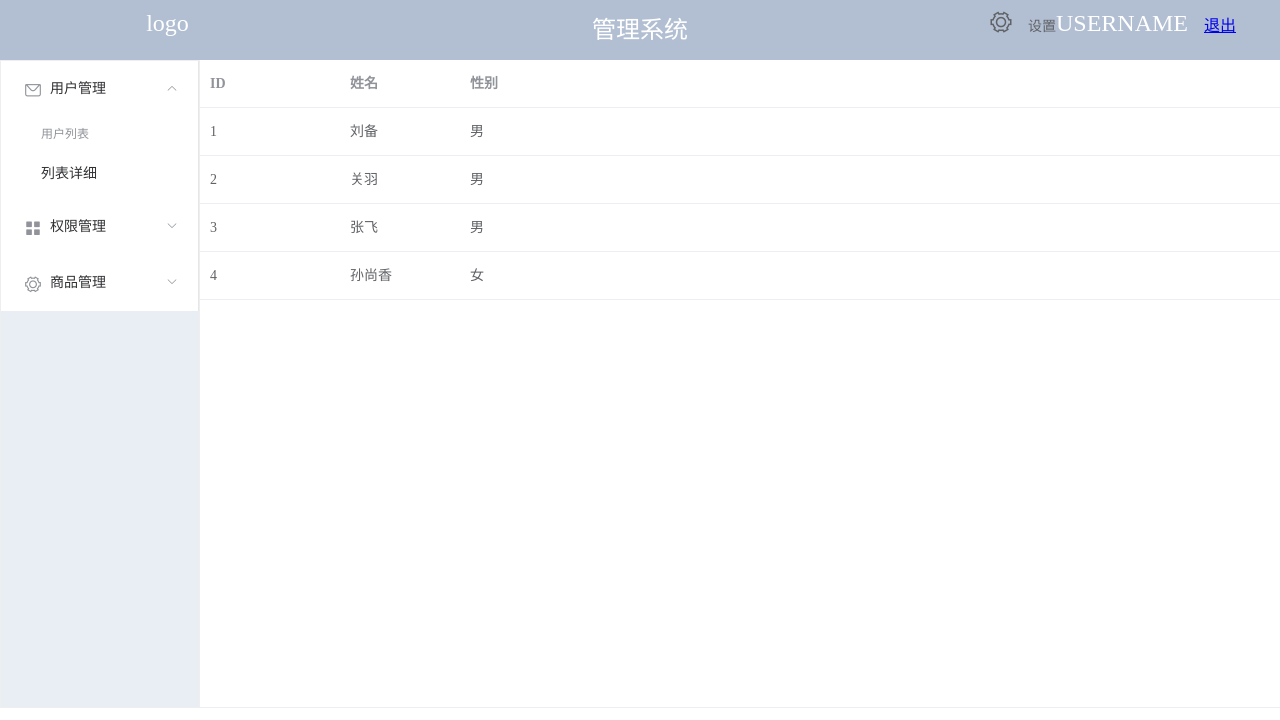
Repository: euphor1azzy/testlist
Page: /#/users (app in list/)
The author's editor kept a copy of each file at every save. The page is drawn from the files as they stood at one save, then again after the next save.
The browser window is 1280 px wide. The pictures show the whole page.
The project was rebuilt for these pictures with package versions that can differ from the ones it lists, and the page was loaded fresh each time. Requests to the local data server were answered from the project's data file. Also part of the build but not shown: list/src/views/login/login.vue, list/src/components/users/users.vue.

Above is the page before, as saved 2020-08-25 10:20:56.

After the next save:
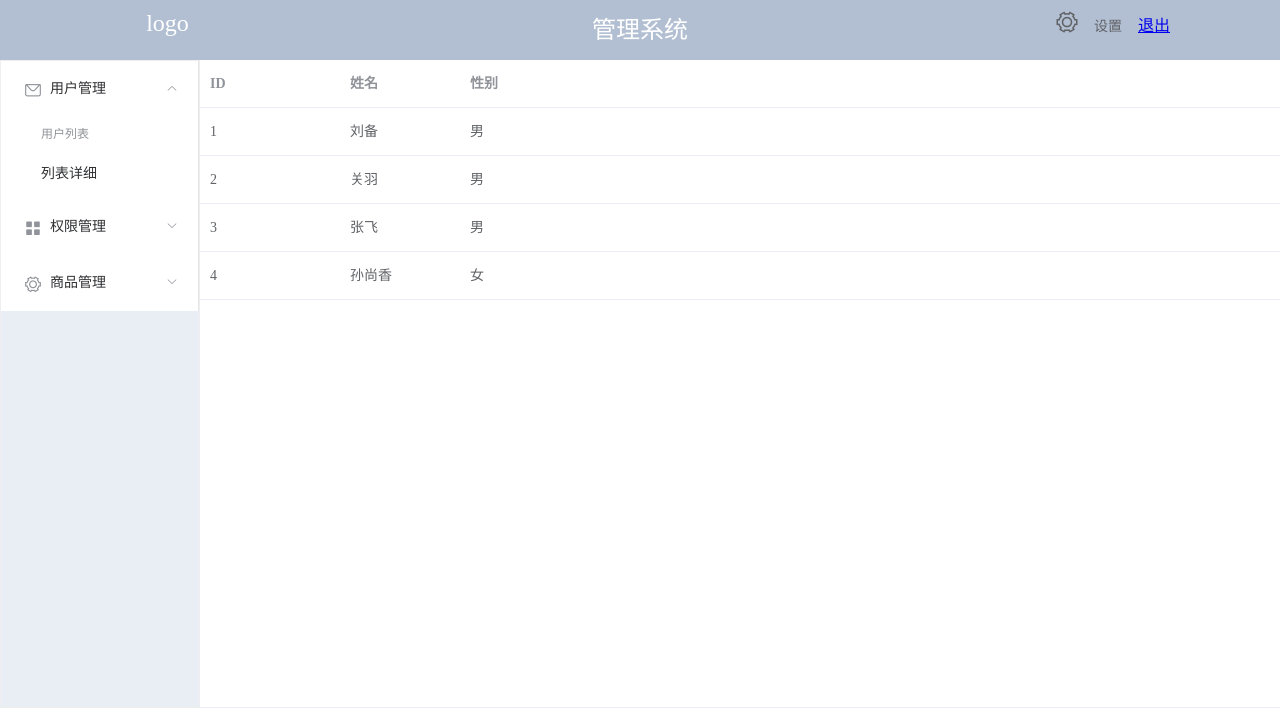
Saved 31 s later.
--- a/list/src/components/common/appnav.vue
+++ b/list/src/components/common/appnav.vue
@@ -17,7 +17,7 @@
               <el-dropdown-item>删除</el-dropdown-item>
             </el-dropdown-menu>
           </el-dropdown>
-          <span>USERNAME</span>
+
           <router-link to="/login" style="padding-left:16px;font-size:16px">退出</router-link>
         </div>
       </el-col>
